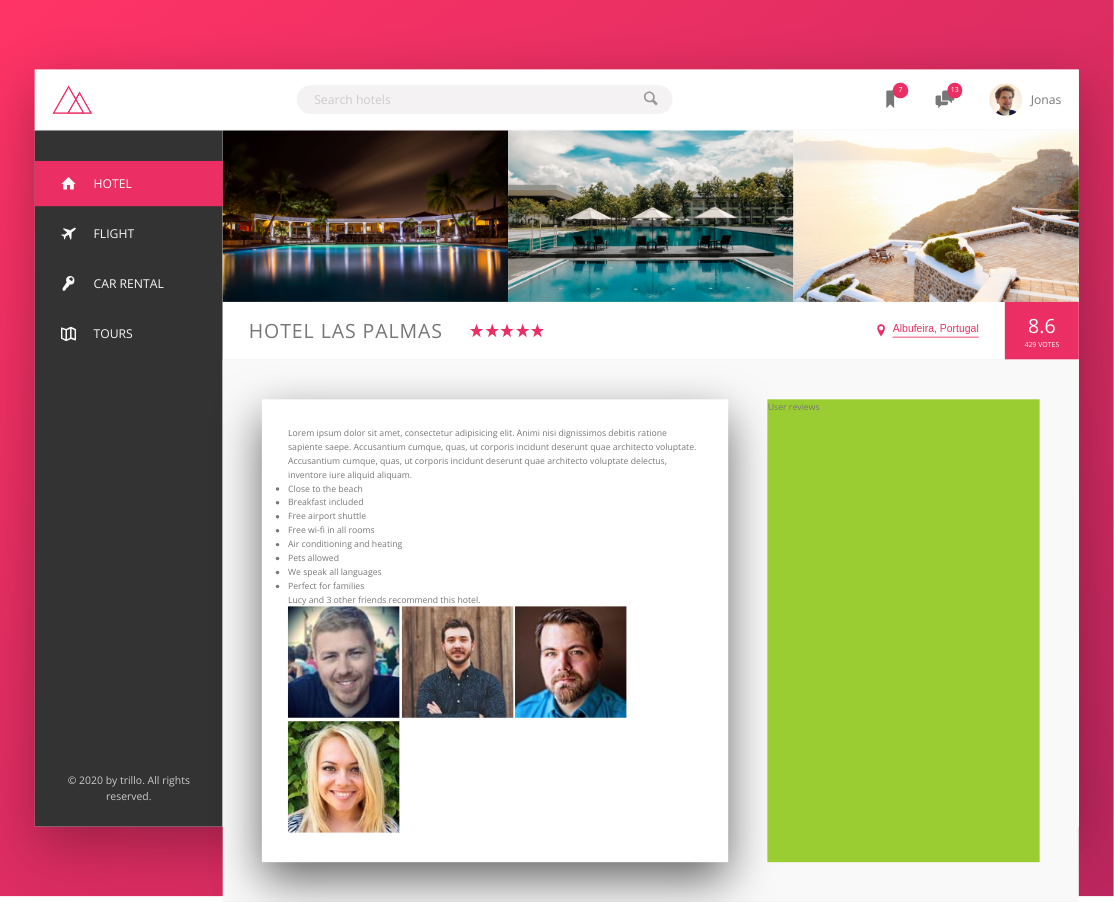
Repository: Lithium87/Trillo
Page: index.html
The author's editor kept a copy of each file at every save. The page is drawn from the files as they stood at one save, then again after the next save.
The browser window is 1280 px wide. The pictures show the whole page, at 87% of full size.
The style sheet was rebuilt from its Sass, Less or Tailwind sources for each picture, by a compiler version that may differ from the author's.

Above is the page before, as saved 2020-05-16 23:45:58.

### index.html
<!DOCTYPE html>
<html lang="en">

<head>
    <meta charset="UTF-8">
    <meta name="viewport" content="width=device-width, initial-scale=1.0">

    <link href="https://fonts.googleapis.com/css?family=Open+Sans:300,400,600" rel="stylesheet">
    <link rel="stylesheet" href="css/style.css">
    <link rel="shortcut icon" type="image/png" href="img/favicon.png">

    <title>trillo &mdash; Your all-in-one booking app</title>
</head>

<body>
    <div class="container">
        <header class="header">
            <img src="img/logo.png" alt="Trillo logo" class="logo">
            <form action="#" class="search">
                <input type="text" class="search__input" placeholder="Search hotels">
                <button class="search__button">
                    <svg class="search__icon">
                        <use xlink:href="img/sprite.svg#icon-magnifying-glass"></use>
                    </svg>
                </button>
            </form>

            <nav class="user-nav">
                <div class="user-nav__icon-box">
                    <svg class="user-nav__icon">
                        <use xlink:href="img/sprite.svg#icon-bookmark"></use>
                    </svg>
                    <span class="user-nav__notification">7</span>
                </div>
                <div class="user-nav__icon-box">
                    <svg class="user-nav__icon">
                        <use xlink:href="img/sprite.svg#icon-chat"></use>
                    </svg>
                    <span class="user-nav__notification">13</span>
                </div>
                <div class="user-nav__user">
                    <img src="img/user.jpg" alt="User photo" class="user-nav__user-photo">
                    <span class="user-nav__user-name">Jonas</span>
                </div>
            </nav>
        </header>
        <div class="content">
            <nav class="sidebar">
                <ul class="side-nav">
                    <li class="side-nav__item side-nav__item--active">
                        <a href="#" class="side-nav__link">
                            <svg class="side-nav__icon">
                                <use xlink:href="img/stripe.svg#icon-home"></use>
                            </svg>
                            <span>Hotel</span>
                        </a>
                    </li>
                    <li class="side-nav__item">
                        <a href="#" class="side-nav__link">
                            <svg class="side-nav__icon">
                                <use xlink:href="img/stripe.svg#icon-aircraft"></use>
                            </svg>
                            <span>Flight</span>
                        </a>
                    </li>
                    <li class="side-nav__item">
                        <a href="#" class="side-nav__link">
                            <svg class="side-nav__icon">
                                <use xlink:href="img/stripe.svg#icon-key"></use>
                            </svg>
                            <span>Car rental</span>
                        </a>
                    </li>
                    <li class="side-nav__item">
                        <a href="#" class="side-nav__link">
                            <svg class="side-nav__icon">
                                <use xlink:href="img/stripe.svg#icon-map"></use>
                            </svg>
                            <span>Tours</span>
                        </a>
                    </li>
                </ul>
                <div class="legal">
                    &copy; 2020 by trillo. All rights reserved.
                </div>
            </nav>
            <main class="hotel-view">
                <div class="gallery">
                    <figure class="gallery__item">
                        <img src="img/hotel-1.jpg" alt="Photo of hotel 1" class="gallery__photo">
                    </figure>
                    <figure class="gallery__item">
                        <img src="img/hotel-2.jpg" alt="Photo of hotel 2" class="gallery__photo">
                    </figure>
                    <figure class="gallery__item">
                        <img src="img/hotel-3.jpg" alt="Photo of hotel 3" class="gallery__photo">
                    </figure>
                </div>
                <div class="overview">
                    <h1 class="overview__heading">Hotel Las Palmas</h1>
                    <div class="overview__stars">
                        <svg class="overview__icon-star">
                            <use xlink:href="img/stripe.svg#icon-star"></use>
                        </svg>
                        <svg class="overview__icon-star">
                            <use xlink:href="img/stripe.svg#icon-star"></use>
                        </svg>
                        <svg class="overview__icon-star">
                            <use xlink:href="img/stripe.svg#icon-star"></use>
                        </svg>
                        <svg class="overview__icon-star">
                            <use xlink:href="img/stripe.svg#icon-star"></use>
                        </svg>
                        <svg class="overview__icon-star">
                            <use xlink:href="img/stripe.svg#icon-star"></use>
                        </svg>
                    </div>
                    <div class="overview__location">
                        <svg class="overview__icon-location">
                            <use xlink:href="img/stripe.svg#icon-location-pin"></use>
                        </svg>
                        <button class="btn-inline">Albufeira, Portugal</button>
                    </div>
                    <div class="overview__rating">
                        <div class="overview__rating-average">8.6</div>
                        <div class="overview__rating-count">429 votes</div>
                    </div>
                </div>
                <div class="detail">
                    <div class="description">
                        <p class="paragraph">
                            Lorem ipsum dolor sit amet, consectetur adipisicing elit. Animi nisi dignissimos debitis ratione sapiente saepe. Accusantium cumque, quas, ut corporis incidunt deserunt quae architecto voluptate.
                        </p>
                        <p class="paragraph">
                            Accusantium cumque, quas, ut corporis incidunt deserunt quae architecto voluptate delectus, inventore iure aliquid aliquam.
                        </p>
                        <ul class="list">
                            <li class="list__item">Close to the beach</li>
                            <li class="list__item">Breakfast included</li>
                            <li class="list__item">Free airport shuttle</li>
                            <li class="list__item">Free wi-fi in all rooms</li>
                            <li class="list__item">Air conditioning and heating</li>
                            <li class="list__item">Pets allowed</li>
                            <li class="list__item">We speak all languages</li>
                            <li class="list__item">Perfect for families</li>
                        </ul>
                        <div class="recommend">
                            <p class="recommend__count">
                                Lucy and 3 other friends recommend this hotel.
                            </p>
                            <div class="recommend__friends">
                                <img src="img/user-3.jpg" alt="Friend 1" class="recommend__photo">
                                <img src="img/user-4.jpg" alt="Friend 2" class="recommend__photo">
                                <img src="img/user-5.jpg" alt="Friend 3" class="recommend__photo">
                                <img src="img/user-6.jpg" alt="Friend 4" class="recommend__photo">
                            </div>
                        </div>
                    </div>
                    <div class="user-reviews">
                        User reviews
                    </div>
                </div>
            </main>
        </div>
    </div>
</body>

</html>

### sass/_base.scss
:root {
    --color-primary: #eb2f64;
    --color-primary-light: #FF3366;
    --color-primary-dark: #BA265D;
    --color-grey-light-1: #faf9f9;
    --color-grey-light-2: #f4f2f2;
    --color-grey-light-3: #f0eeee;
    --color-grey-light-4: #ccc;
    --color-grey-dark-1: #333;
    --color-grey-dark-2: #777;
    --color-grey-dark-3: #999;
    --shadow-dark: 0 2rem 6rem rgba(0, 0, 0, .3);
    --shadow-light: 0 2rem 5rem rgba(0, 0, 0, .6);
    --line: 1px solid var(--color-grey-light-2);
}

* {
    margin: 0;
    padding: 0;
}

*,
*::before,
*::after {
    box-sizing: inherit;
}

html {
    box-sizing: border-box;
    font-size: 62.5%; // 1rem = 10px
}

body {
    font-family: 'Open Sans', sans-serif;
    font-weight: 400;
    line-height: 1.6;
    color: var(--color-grey-dark-2);
    background-image: linear-gradient(to right bottom, var(--color-primary-light), var(--color-primary-dark));
    background-size: cover;
    background-repeat: no-repeat;
    min-height: 100vh;
}

### sass/_layout.scss
.container {
    max-width: 120rem;
    margin: 8rem auto;
    background-color: var(--color-grey-light-1);
    box-shadow: var(--shadow-dark);
    min-height: 50rem;
}

.header {
    font-size: 1.4rem;
    height: 7rem;
    background-color: #fff;
    border-bottom: var(--line);
    display: flex;
    justify-content: space-between;
    align-items: center;
}

.content {
    display: flex;
}

.sidebar {
    background-color: var(--color-grey-dark-1);
    flex: 0 0 18%;
    display: flex;
    flex-direction: column;
    justify-content: space-between;
}

.hotel-view {
    background-color: #fff;
    flex: 1;
    height: 80rem;
}

.detail {
    display: flex;
    padding: 4.5rem;
    background-color: var(--color-grey-light-1);
    border-bottom: var(--line);
}

.description {
    background-color: #fff;
    box-shadow: var(--shadow-light);
    padding: 3rem;
    flex: 0 0 60%;
    margin-right: 4.5rem;
}

.user-reviews {
    background-color: yellowgreen;
    flex: 1;
}

### sass/_components.scss
///////////////////////
//LOGO
.logo {
    height: 3.25rem;
    margin-left: 2rem;
}

///////////////////////
//SEARCH BOX
.search {
    flex: 0 0 40%;
    display: flex;
    align-items: center;
    justify-content: center;
    &__input {
        font-family: inherit;
        font-size: inherit;
        color: inherit;
        background-color: var(--color-grey-light-2);
        border: none;
        padding: .7rem 2rem;
        border-radius: 100px;
        width: 90%;
        transition: all .2s;
        margin-right: -3.5rem;
        &:focus {
            outline: none;
            width: 100%;
            background-color: var(--color-grey-light-3);
        }
        &::-webkit-input-placeholder {
            font-weight: 100;
            color: var(--color-grey-light-4);
        }
    }
    &__input:focus+&__button {
        background-color: var(--color-grey-light-3);
    }
    &__button {
        border: none;
        background-color: var(--color-grey-light-2);
        &:focus {
            outline: none;
        }
        &:active {
            transform: translateY(2px);
        }
    }
    &__icon {
        height: 2rem;
        width: 2rem;
        fill: var(--color-grey-dark-3);
    }
}

///////////////////////
//USER NAVIGATION
.user-nav {
    align-self: stretch;
    display: flex;
    align-items: center;
    &>* {
        padding: 0 2rem;
        cursor: pointer;
        height: 100%;
        display: flex;
        align-items: center;
    }
    &>*:hover {
        background-color: var(--color-grey-light-2);
    }
    &__icon-box {
        position: relative;
    }
    &__icon {
        height: 2.25rem;
        width: 2.25rem;
        fill: var(--color-grey-dark-2);
    }
    &__notification {
        font-size: .8rem;
        height: 1.75rem;
        width: 1.75rem;
        border-radius: 50%;
        background-color: var(--color-primary);
        color: #fff;
        position: absolute;
        top: 1.5rem;
        right: 1.1rem;
        display: flex;
        justify-content: center;
        align-items: center;
    }
    &__user-photo {
        height: 3.75rem;
        border-radius: 50%;
        margin-right: 1rem;
    }
}

///////////////////////
//SIDE NAVIGATION
.side-nav {
    font-size: 1.4rem;
    list-style: none;
    margin-top: 3.5rem;
    &__item {
        position: relative;
        &:not(:last-child) {
            margin-bottom: .5rem;
        }
    }
    &__item::before {
        content: "";
        position: absolute;
        top: 0;
        left: 0;
        height: 100%;
        width: 3px;
        background-color: var(--color-primary);
        transform: scaleY(0);
        transition: transform .2s, width .4s cubic-bezier(1, 0, 0, 1) .2s, background-color .1s;
    }
    &__item:hover::before,
    &__item--active::before {
        transform: scaleY(1);
        width: 100%;
    }
    &__item:active::before {
        background-color: var(--color-primary-light);
    }
    &__link:link,
    &__link:visited {
        color: var(--color-grey-light-1);
        text-decoration: none;
        text-transform: uppercase;
        display: block;
        padding: 1.5rem 3rem;
        position: relative;
        z-index: 10;
        display: flex;
        align-items: center;
    }
    &__icon {
        width: 1.75rem;
        height: 1.75rem;
        margin-right: 2rem;
        fill: currentColor;
    }
}

///////////////////////
//LEGAL TEXT
.legal {
    font-size: 1.2rem;
    color: var(--color-grey-light-4);
    text-align: center;
    padding: 2.5rem;
}

///////////////////////
//GALLERY
.gallery {
    display: flex;
    &__photo {
        width: 100%;
        display: block;
    }
}

///////////////////////
//HOTEL OVERVIEW
.overview {
    display: flex;
    align-items: center;
    border-bottom: var(--line);
    &__heading {
        font-size: 2.25rem;
        font-weight: 300;
        text-transform: uppercase;
        letter-spacing: 1px;
        padding: 1.5rem 3rem;
    }
    &__stars {
        margin-right: auto;
        display: flex;
    }
    &__icon-star,
    &__icon-location {
        width: 1.75rem;
        height: 1.75rem;
        fill: var(--color-primary);
    }
    &__location {
        font-size: 1.2rem;
        display: flex;
        align-items: center;
    }
    &__icon-location {
        margin-right: .5rem;
    }
    &__rating {
        background-color: var(--color-primary);
        color: #fff;
        margin-left: 3rem;
        padding: 0 2.25rem;
        align-self: stretch;
        display: flex;
        flex-direction: column;
        align-items: center;
        justify-content: center;
    }
    &__rating-average {
        font-size: 2.25rem;
        font-weight: 300;
        margin-bottom: -3px;
    }
    &__rating-count {
        font-size: .8rem;
        text-transform: uppercase;
    }
}

///////////////////////
//BUTTON INLINE
.btn-inline {
    border: none;
    color: var(--color-primary);
    font-size: inherit;
    border-bottom: 1px solid currentColor;
    padding-bottom: 2px;
    display: inline-block;
    background-color: transparent;
    cursor: pointer;
    transition: all .2s;
    &:hover {
        color: var(--color-grey-dark-1);
    }
    &:focus {
        outline: none;
        animation: pulsate 1s infinite;
    }
}

@keyframes pulsate {
    0% {
        transform: scale(1);
        box-shadow: none;
    }
    50% {
        transform: scale(1.05);
        box-shadow: 0 1rem 4rem rgba(0, 0, 0, .25);
    }
    100% {
        transform: scale(1);
        box-shadow: none;
    }
}

Loaded but not shown: sass/main.scss (common file)

After the next save:
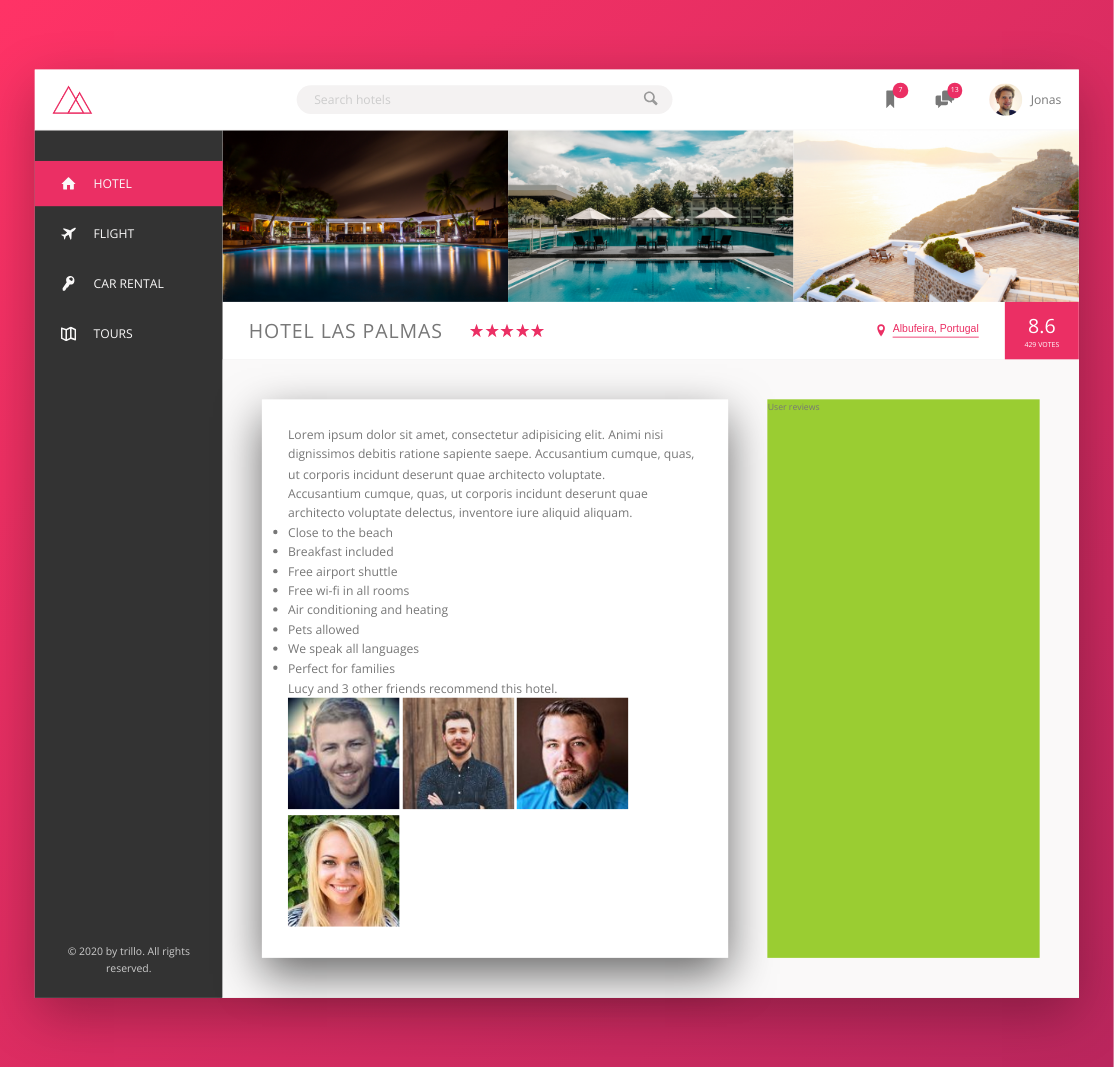
Saved 2 min 1 s later.
--- a/sass/_layout.scss
+++ b/sass/_layout.scss
@@ -31,7 +31,6 @@
 .hotel-view {
     background-color: #fff;
     flex: 1;
-    height: 80rem;
 }
 
 .detail {
@@ -42,6 +41,7 @@
 }
 
 .description {
+    font-size: 1.4rem;
     background-color: #fff;
     box-shadow: var(--shadow-light);
     padding: 3rem;
